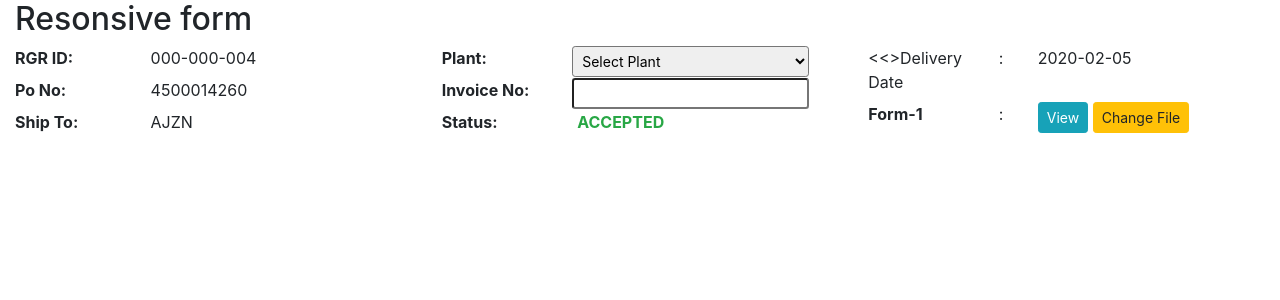
Repository: karthikairasu/Others_work
Page: form.html
These files come from the project's save history. The page is drawn as it stood at one moment and after the next save; the edit follows.
The browser window is 1280 px wide. The pictures show the whole page.

Above is the page before, as saved 2020-06-28 17:19:45.

### form.html
<!DOCTYPE html>
<html lang="en">
  <head>
    <title>Bootstrap Example</title>
    <meta charset="utf-8" />
    <meta name="viewport" content="width=device-width, initial-scale=1" />
    <link
      rel="stylesheet"
      href="https://maxcdn.bootstrapcdn.com/bootstrap/4.5.0/css/bootstrap.min.css"
    />
    <script src="https://ajax.googleapis.com/ajax/libs/jquery/3.5.1/jquery.min.js"></script>
    <script src="https://cdnjs.cloudflare.com/ajax/libs/popper.js/1.16.0/umd/popper.min.js"></script>
    <script src="https://maxcdn.bootstrapcdn.com/bootstrap/4.5.0/js/bootstrap.min.js"></script>
  </head>
  <body>
    <div class="container-fluid">
      <h2>Resonsive form</h2>
      <form class="" action="">
        <div class="row">
          <div class="col-md-4">
            <div class="form-row">
              <label class="col-md-4"><b>RGR ID:</b></label>
              <label class="col-md-7" id="RGR_ID">000-000-004 </label>
            </div>
            <div class="form-row">
              <label class="col-md-4"><b>Po No:</b></label>
              <label class="col-md-7" id="Po_No">4500014260 </label>
            </div>
            <div class="form-row">
              <label class="col-md-4"><b>Ship To:</b></label>
              <label class="col-md-7" id="Ship_To">AJZN </label>
            </div>
          </div>
          <div class="col-md-4">
            <div class="form-row">
              <label class="col-md-4"><b>Plant:</b></label>
              <select
                class="form-control-sm col-md-7"
                name="plant"
                style="width: 60%;"
                required=""
              >
                <option value="">Select Plant</option>

                <option value="Riyadh">Riyadh</option>

                <option value="Jeddha">Jeddha</option>

                <option value="Dammam">Dammam</option>

                <option value="PMAH ">PMAH </option>
              </select>
            </div>
            <div class="form-row">
              <label class="col-md-4"><b>Invoice No:</b></label>
              <input
                type="text"
                class="form-control-sm col-md-7"
                id="Invoice_No"
              />
            </div>
            <div class="form-row">
              <label class="col-md-4"><b>Status:</b></label>
              <label class="col-md-7 text-success" id="Status"
                ><b>ACCEPTED</b></label
              >
            </div>
          </div>
          <div class="col-md-4">
            <div class="form-row">
              <label class="col-md-4"><<>Delivery Date</b></label>
              <label class="col-md-1 px-0">:</label>
              <label class="col-md-7" id="Delivery Date">2020-02-05 </label>
            </div>
            <div class="form-row">
              <label class="col-md-4"><b>Form-1</b></label>
              <label class="col-md-1 px-0">:</label>
              <label class="col-md-7" id="form_1">
                <button class="btn btn-info btn-sm">View</button>
                <button class="btn btn-warning btn-sm">Change File</button>
              </label>
            </div>
          </div>
        </div>
      </form>
    </div>
  </body>
</html>

After the next save:
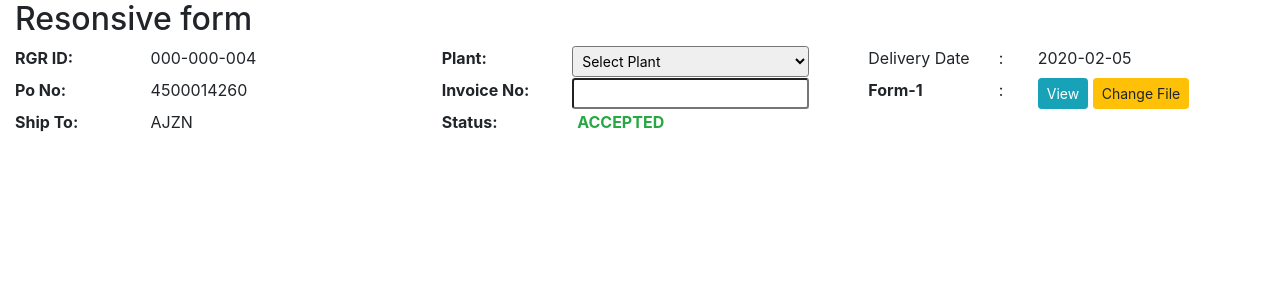
Saved 22 s later.
--- a/form.html
+++ b/form.html
@@ -68,7 +68,7 @@
           </div>
           <div class="col-md-4">
             <div class="form-row">
-              <label class="col-md-4"><<>Delivery Date</b></label>
+              <label class="col-md-4">Delivery Date</b></label>
               <label class="col-md-1 px-0">:</label>
               <label class="col-md-7" id="Delivery Date">2020-02-05 </label>
             </div>
